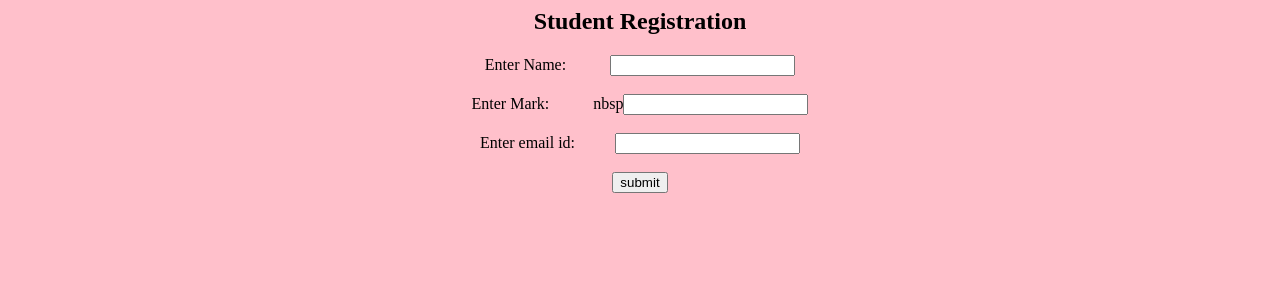
Repository: venkataswamyIppe/HiberntePracticeProblems
Page: http://localhost/HibernateIntegrateWithServlet/
The author's editor kept a copy of each file at every save. The page is drawn from the files as they stood at one save, then again after the next save.
The browser window is 1280 px wide. The pictures show the whole page.
The page is served by Tomcat 9. Other server files are loaded and not shown.

Above is the page before, as saved 2017-01-30 17:24:56.

### HibernateIntegrateWithServlet/WebContent/Welcome.jsp
<%@ page language="java" contentType="text/html; charset=ISO-8859-1"
	pageEncoding="ISO-8859-1"%>

<html>
<head>
<meta http-equiv="Content-Type" content="text/html; charset=ISO-8859-1">
<title>Welcome</title>
</head>
<body bgcolor="pink">
<center>
<h2>Student Registration</h2>
	<form name="form1" method="post" action="Home">

		Enter
		Name:&nbsp;&nbsp;&nbsp;&nbsp;&nbsp;&nbsp;&nbsp;&nbsp;&nbsp;&nbsp;&nbsp;<input
			type="text" name="name"></input><br />
		<br /> Enter
		Mark:&nbsp;&nbsp;&nbsp;&nbsp;&nbsp;&nbsp;&nbsp;&nbsp;&nbsp;&nbsp;&nbsp;nbsp<input
			type="text" name="marks"></input><br />
		<br /> Enter email
		id:&nbsp;&nbsp;&nbsp;&nbsp;&nbsp;&nbsp;&nbsp;&nbsp;&nbsp;&nbsp;<input
			type="text" name="email"></input><br />
		<br /> <input type="submit" value="submit" name="submit">
	</form>
	</center>
</body>
</html>

After the next save:
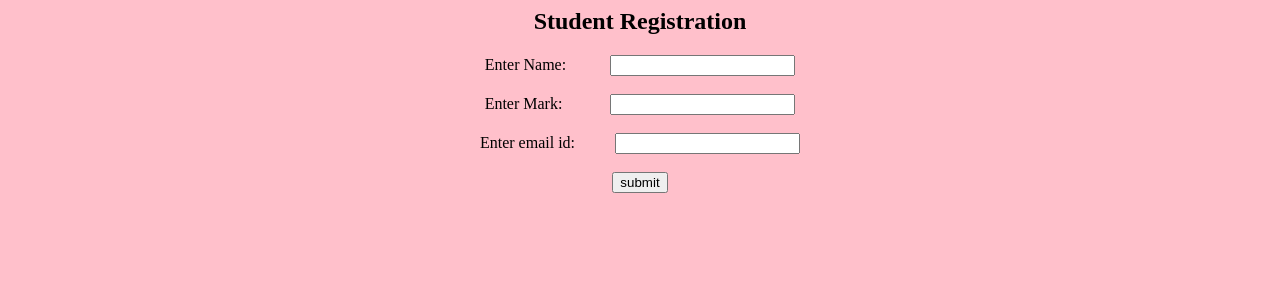
Saved 12 s later.
--- a/HibernateIntegrateWithServlet/WebContent/Welcome.jsp
+++ b/HibernateIntegrateWithServlet/WebContent/Welcome.jsp
@@ -15,7 +15,7 @@
 		Name:&nbsp;&nbsp;&nbsp;&nbsp;&nbsp;&nbsp;&nbsp;&nbsp;&nbsp;&nbsp;&nbsp;<input
 			type="text" name="name"></input><br />
 		<br /> Enter
-		Mark:&nbsp;&nbsp;&nbsp;&nbsp;&nbsp;&nbsp;&nbsp;&nbsp;&nbsp;&nbsp;&nbsp;nbsp<input
+		Mark:&nbsp;&nbsp;&nbsp;&nbsp;&nbsp;&nbsp;&nbsp;&nbsp;&nbsp;&nbsp;&nbsp;&nbsp;<input
 			type="text" name="marks"></input><br />
 		<br /> Enter email
 		id:&nbsp;&nbsp;&nbsp;&nbsp;&nbsp;&nbsp;&nbsp;&nbsp;&nbsp;&nbsp;<input
